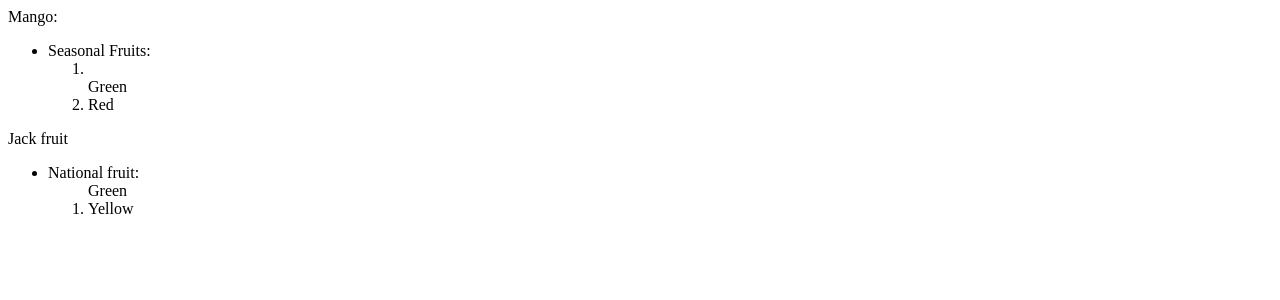
Repository: azemon444/jobpotal
Page: ict.html
The author's editor kept a copy of each file at every save. The page is drawn from the files as they stood at one save, then again after the next save.
The browser window is 1280 px wide. The pictures show the whole page.

Above is the page before, as saved 2026-01-13 01:08:04.

### ict.html
<!DOCTYPE html>
<html lang="en">
<head>
    <meta charset="UTF-8">
    <meta name="viewport" content="width=device-width, initial-scale=1.0">
    <title>Document</title>
</head>
<body>
    Mango:
    <ul>
        <li>Seasonal Fruits:</li>
        <ol>
            <li></li>Green</li>
            <li>Red</li>
        </ul>
 </ol>
 Jack fruit
 <ul>
        <li>National fruit:</li>
        <ol>
            </li>Green</li>
            <li>Yellow</li>
        </ol>
    </ul>
</body>
</html>

After the next save:
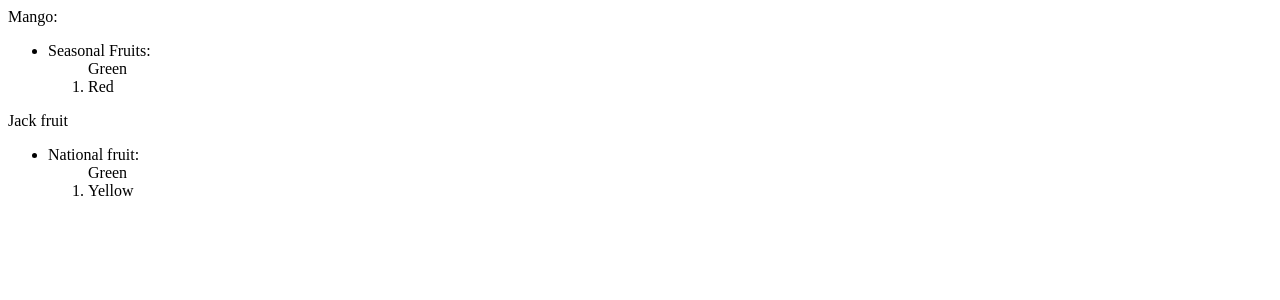
Saved 8 s later.
--- a/ict.html
+++ b/ict.html
@@ -10,7 +10,7 @@
     <ul>
         <li>Seasonal Fruits:</li>
         <ol>
-            <li></li>Green</li>
+            </li>Green</li>
             <li>Red</li>
         </ul>
  </ol>
